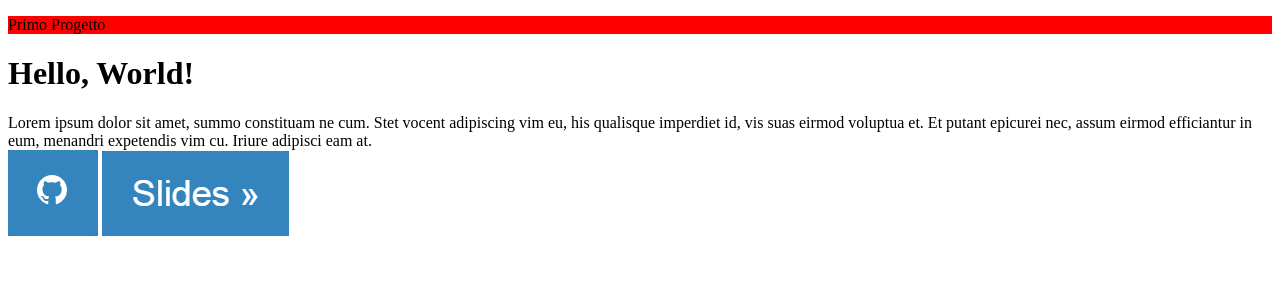
Repository: AndreaGuastaferro/Repository_Andrea_Guastaferro_Front
Page: cartella_html/NUOVO_HTML/ProgettoFinale.html
An editor plug-in stored every save of this project. The page is shown before and after the next save, followed by the edit.
The browser window is 1280 px wide. The pictures show the whole page.

Above is the page before, as saved 2018-10-22 16:09:45.

### cartella_html/NUOVO_HTML/ProgettoFinale.html
<!DOCTYPE html>
<html>
<head>
<meta charset="ISO-8859-1">
<title>Insert title here</title>
<link rel="stylesheet" type="text/css" href="ProgettoFinale.css">
</head>
<body>
	<header >
	<p id="head"> Primo Progetto</p>
	</header>

	 <div class="Projecthero">
	 	<div class="TextHero">
	 		<h1>Hello, World!</h1>
	 		<article class ="articolo">
	 		Lorem ipsum dolor sit amet, summo constituam ne cum.
	 		Stet vocent adipiscing vim eu, his qualisque imperdiet id, vis suas eirmod voluptua et.
	 		Et putant epicurei nec, assum eirmod efficiantur in eum, menandri expetendis vim cu. Iriure adipisci eam at.
	 		</article>
	 		<span class="Span_uno"> <a href="https://it-it.facebook.com"><img alt="Not Found"  src="img/progetto finale_imm1.png"></a></span>
	 		<span class="Span_due"> <a href="http://www.irpinianews.it"><img alt="Not Found"  src="img/progetto finale_imm2.png"></a></span>
	 	</div>
	 </div>
</body>
</html>

### cartella_html/NUOVO_HTML/ProgettoFinale.css
@charset "ISO-8859-1";

body{
	margin 0;
}

header {
	background-color: #FF0000;
  	height:5%;
}

head{
background-color: white;
}

After the next save:
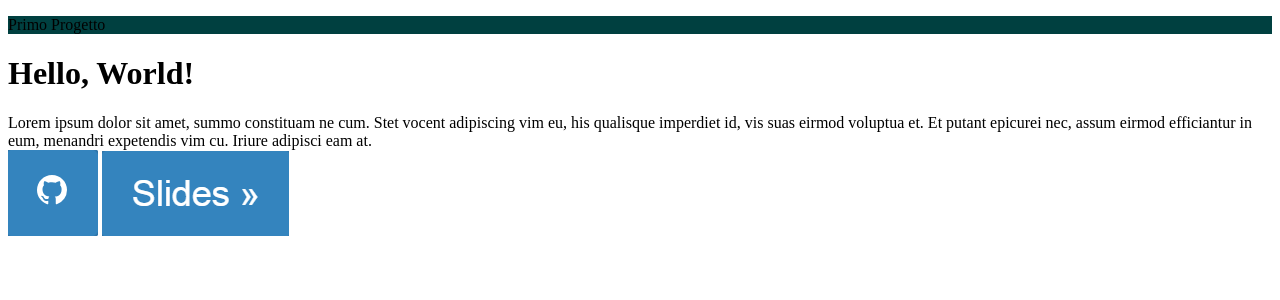
Saved 37 s later.
--- a/cartella_html/NUOVO_HTML/ProgettoFinale.css
+++ b/cartella_html/NUOVO_HTML/ProgettoFinale.css
@@ -5,7 +5,7 @@ body{
 }
 
 header {
-	background-color: #FF0000;
+	background-color: #004040;
   	height:5%;
 }
 
